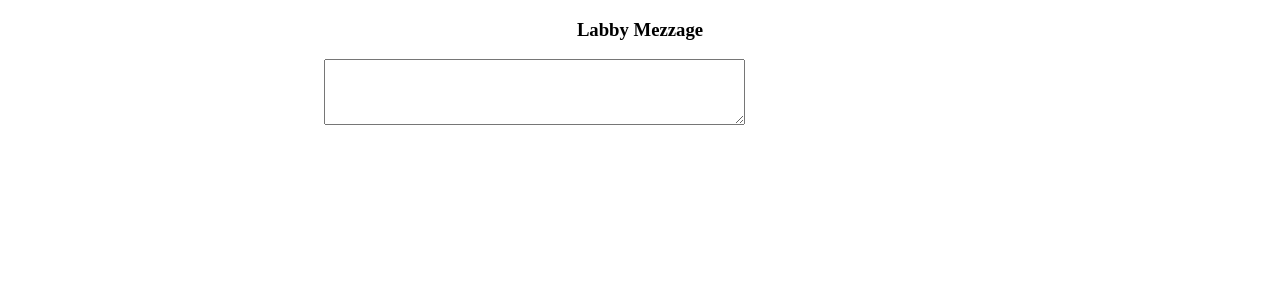
Repository: dg222dm/1dv403-laborationer
Page: 2-labbymezzage/index.html
The author's editor kept a record of every edit. The page is drawn from the files as they stood at one moment, then again after the next edit.
The browser window is 1280 px wide. The pictures show the whole page.

Above is the page before.

### 2-labbymezzage/index.html
<!DOCTYPE html>
<html>
    <head>
        <title>Labby Mezzage</title>

        <link rel="stylesheet"  href="css/stylesheet.css" media="screen" />
    </head>


    <body>


        <script src="script/Message.js"></script>
        <script src="script/MessageBoard.js"></script>
        <main>

        <h3>Labby Mezzage</h3>
        <textarea id=textarea rows="4" cols="50" ></textarea>
        </main>
    </body>
</html>

### 2-labbymezzage/css/stylesheet.css
main{
    width:50%;
    display: block;
    margin-left: auto;
    margin-right: auto;
}

h3{
    text-align:center;
}

### 2-labbymezzage/script/Message.js
"use strict";

//Konstruktor
function Message(message, date){

    this.getText = function(){
        return message;
    };

    this.setText = function(_text){
        message = _text;
    };

    this.getDate = function(){
        return date;
    };

    this.setdate = function(_date){
        date = _date;
    };

}

Message.prototype.toString = function(){
    return this.getText()+" ("+this.getDate()+")";
};

Message.prototype.getHTMLText = function(){

};

Message.prototype.getDateText = function(){

};

Loaded but not shown: 2-labbymezzage/script/MessageBoard.js (no copy from this time; the picture is the same without it)

After the next edit:
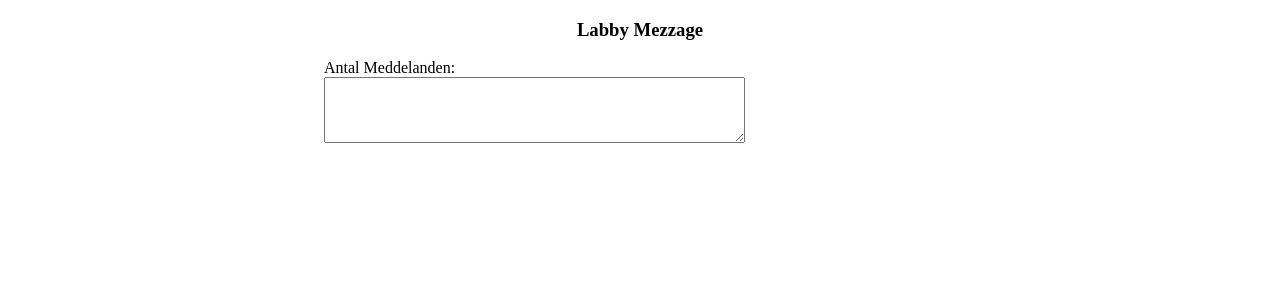
The edit:
--- a/2-labbymezzage/index.html
+++ b/2-labbymezzage/index.html
@@ -15,7 +15,11 @@
         <main>
 
         <h3>Labby Mezzage</h3>
-        <textarea id=textarea rows="4" cols="50" ></textarea>
+        <div id="numberOfMessages">Antal Meddelanden: </div>
+        <textarea id="textarea" rows="4" cols="50" ></textarea>
+        <div id="messageArea"></div>
+
+
         </main>
     </body>
 </html>
